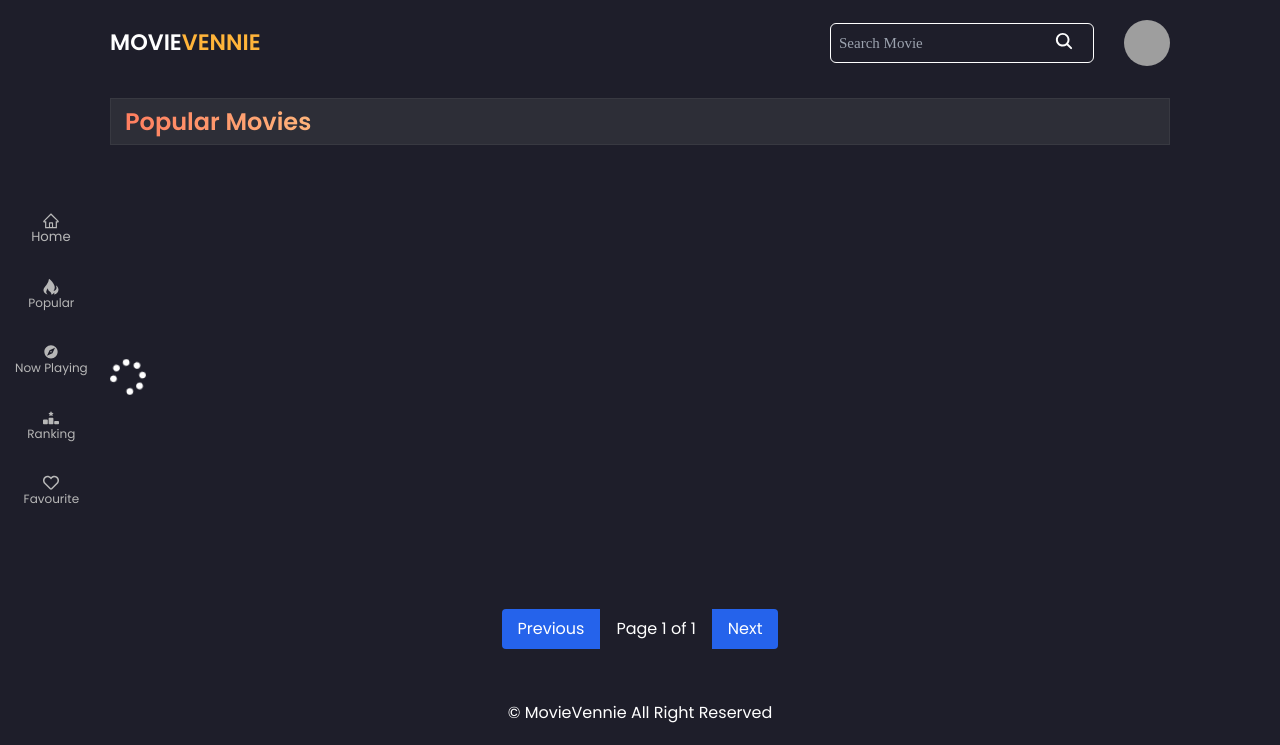
Repository: France2003/Movie
Page: /Movie/popular (app in movie-project/)
An editor plug-in stored every save of this project. The page is shown before and after a run of saves, followed by the edit.
The browser window is 1280 px wide. The pictures show the whole page.
Pictures or frames that could not be fetched are drawn as grey boxes. The project was rebuilt for these pictures with package versions that can differ from the ones it lists, and the page was loaded fresh each time. Also part of the build but not shown: movie-project/vite.config.ts, movie-project/src/MoviesList/index.tsx, movie-project/src/Pages/HomePage.tsx, movie-project/src/Component/RatingComponent/RatingComponent.tsx, movie-project/src/Pages/MoviesDetailPage.tsx, movie-project/src/Pages/NowPlayingPage.tsx, movie-project/src/Pages/NoPage.tsx, movie-project/src/Pages/FavoritesPage.tsx and 2 more.

Above is the page before, as saved 2024-08-13 11:12:09.

### movie-project/index.html
<!doctype html>
<html lang="en">
  <head>
    <meta charset="UTF-8" />
    <link rel="icon" type="image/svg+xml" href="/vite.svg" />
    <meta name="viewport" content="width=device-width, initial-scale=1.0" />
    <meta property = "og:title" content="MOVIEVENNIE"/>
    <meta property = "og:description" content="Những bộ phim hay sẽ có tại đây :3"/>
    <meta property ="og:image" content="https://movie-site-delta.vercel.app/img/home-background.png"/>
    <title>Vite + React + TS</title>
  </head>
  <body>
    <div id="root"></div>
    <script type="module" src="/src/main.tsx"></script>
  </body>
</html>

### movie-project/src/App.tsx

// import { QueryClient, QueryClientProvider } from '@tanstack/react-query'
import './App.css'
import { BrowserRouter, Route, Routes } from 'react-router-dom'
import DefaultLayout from './Layout'
import HomePage from './Pages/HomePage'
import PopularPage from './Pages/PopularPage'
import MoviesDetailPage from './Pages/MoviesDetailPage'
import NowPlayingPage from './Pages/NowPlayingPage'
import NoPage from './Pages/NoPage'
import { QueryClient, QueryClientProvider } from '@tanstack/react-query'
import FavoritesPage from './Pages/FavoritesPage'
import SearchResultsPage from './Pages/SearchResultsPage'
import RankingPage from './Pages/RankingPage'
const queryClient = new QueryClient();
function App() {

  return (
    <>
      <QueryClientProvider client={queryClient}>
        <BrowserRouter>
          <Routes>
            <Route path="/Movie" element={<DefaultLayout />}>
              <Route index element={<HomePage />} />
              <Route path="popular" element={<PopularPage />} />
              <Route path="favourite" element={<FavoritesPage />} />
              <Route path=":id" element={<MoviesDetailPage />} />
              <Route path="now_playing" element={<NowPlayingPage />} />
              <Route path="search:id" element={<SearchResultsPage />} />
              <Route path="ranking" element={<RankingPage />} />
              <Route path="*" element={<NoPage />} />
            </Route>
          </Routes>
        </BrowserRouter>
      </QueryClientProvider>
    </>
  )
}

export default App

### movie-project/src/Layout/index.tsx
import Header from "../Header";
import Footer from "../Footer";

import { Outlet } from "react-router-dom";


const DefaultLayout = () => {
    console.log("DefaultLayout");
    return (
        <div className="container mx-auto">
            <Header />
            <main>
                <Outlet />
            </main>
            <Footer />
        </div>
    );
};

export default DefaultLayout;

### movie-project/src/Pages/PopularPage.tsx
import { useState } from "react";
import { Helmet } from "react-helmet";
import MoviesListNoSwiper from "../MoviesListNoSwiper";

const PopularPage = () => {
  const [currentPage, setCurrentPage] = useState<number>(1);
  const [totalPages, setTotalPages] = useState<number>(1);

  const handlePageChange = (page: number) => {
    if (page > 0 && page <= totalPages) {
      setCurrentPage(page);
    }
  };

  return (
    <>
      <Helmet>
        <meta charSet="utf-8" />
        <title>Popular</title>
        <link rel="canonical" href="http://mysite.com/example" />
      </Helmet>
      <section className="popular container popular-route" id="popular">
        <div className="heading">
          <h2 className="heading-title text-2xl font-semibold text-gradient">Popular Movies</h2>
        </div>
        <div className="popular-content swiper flex gap-5 flex-wrap justify-between">
          <MoviesListNoSwiper url={`/popular`} page={currentPage} setTotalPages={setTotalPages} />
        </div>
        <div className="flex justify-center mt-8">
          <button
            onClick={() => handlePageChange(currentPage - 1)}
            disabled={currentPage === 1}
            className="bg-blue-600 text-white px-4 py-2 rounded-l"
          >
            Previous
          </button>
          <span className="px-4 py-2 text-white">
            Page {currentPage} of {totalPages}
          </span>
          <button
            onClick={() => handlePageChange(currentPage + 1)}
            disabled={currentPage === totalPages}
            className="bg-blue-600 text-white px-4 py-2 rounded-r"
          >
            Next
          </button>
        </div>
      </section>
    </>
  );
};

export default PopularPage;

### movie-project/src/Header/index.tsx
import { useState, useEffect, useRef } from "react";
import { Link } from "react-router-dom";
import { IoSearch, IoClose } from "react-icons/io5";
import { AiOutlineHome } from "react-icons/ai";
import { SiFireship } from "react-icons/si";
import { MdExplore } from "react-icons/md";
import { FaRegHeart } from "react-icons/fa";
import { FaRankingStar } from "react-icons/fa6";
import axios from "axios";
import NavbarItem from "../Component/NavbarItem";

const API = "https://api.themoviedb.org/3/search/movie";
const token = `eyJhbGciOiJIUzI1NiJ9.eyJhdWQiOiJiYmY0YWJjNGUzMTEyYzNhOGIyODMwMWMxYWQwMzllZSIsInN1YiI6IjY0MTI3N2Q2ZTE4ZTNmMDdkMDU1ZjY4OCIsInNjb3BlcyI6WyJhcGlfcmVhZCJdLCJ2ZXJzaW9uIjoxfQ.iw5OvKuR35yRllO8eoRWjvCQnlFmh8nieiLD9NpSDc8`;

function Header() {
    const [query, setQuery] = useState("");
    const [results, setResults] = useState<any[]>([]);
    const [loading, setLoading] = useState(false);
    const [error, setError] = useState<string | null>(null);
    const searchRef = useRef<HTMLDivElement>(null); // Reference to the search container

    useEffect(() => {
        if (query.trim()) {
            const fetchResults = async () => {
                setLoading(true);
                setError(null);
                try {
                    const response = await axios.get(API, {
                        params: { query },
                        headers: {
                            Authorization: `Bearer ${token}`
                        }
                    });
                    setResults(response.data.results);
                } catch (error: any) {
                    setError("Failed to fetch search results.");
                } finally {
                    setLoading(false);
                }
            };

            const timeoutId = setTimeout(fetchResults, 500); // Delay for debounce
            return () => clearTimeout(timeoutId); // Cleanup on unmount or query change
        } else {
            setResults([]);
        }
    }, [query]);

    useEffect(() => {
        const handleClickOutside = (event: MouseEvent) => {
            if (searchRef.current && !searchRef.current.contains(event.target as Node)) {
                setResults([]);
                setQuery(""); // Clear the query
            }
        };

        document.addEventListener("mousedown", handleClickOutside);
        return () => document.removeEventListener("mousedown", handleClickOutside);
    }, []);

    // Function to clear search query and results
    const clearSearch = () => {
        setQuery("");
        setResults([]);
    };

    return (
        <header>
            <div className="nav container w-[1060px]">
                <Link className="logo" to={`/Movie`}>MOVIE<span>VENNIE</span></Link>
                <div className="relative" ref={searchRef}>
                    <input
                        type="text"
                        id="search-input"
                        placeholder="Search Movie"
                        value={query}
                        onChange={(e) => setQuery(e.target.value)}
                        className="p-2 mr-5 pr-[50px] rounded-md"
                        style={{ border: 1, borderStyle: 'solid', borderColor: 'white' }}
                    />
                    <IoSearch className="text-xl absolute top-2 right-5 font-normal" />
                    {query && results.length > 0 && (
                        <>
                            <IoClose
                                onClick={clearSearch}
                                className="text-xl absolute top-2 right-2 cursor-pointer"
                                title="Clear search"
                            />
                            <div className="absolute z-10 w-full bg-white border border-gray-300 rounded-md mt-1">
                                <div className="max-h-[500px] overflow-y-auto p-4">
                                    <ul className="space-y-2">
                                        {results.map((movie) => (
                                            <li key={movie.id} className="p-2 border-b border-gray-300 flex items-center">
                                                <img
                                                    src={`https://image.tmdb.org/t/p/w92${movie.poster_path}`}
                                                    alt={movie.title}
                                                    className="w-12 h-16 object-cover rounded-md mr-2"
                                                    style={{ border: 1, borderStyle: 'solid', borderColor: 'black' }}
                                                />
                                                <Link to={`/movie/${movie.id}`} className="block">
                                                    <span className="text-black">{movie.title}</span>
                                                </Link>
                                            </li>
                                        ))}
                                    </ul>
                                </div>
                            </div>
                        </>
                    )}
                    {loading && (
                        <div className="absolute z-10 w-full bg-[#1e1e2a] border border-gray-300 rounded-md mt-1 p-2">
                            Loading...
                        </div>
                    )}
                    {error && (
                        <div className="absolute z-10 w-full bg-white border border-gray-300 rounded-md mt-1 p-2 text-red-600">
                            {error}
                        </div>
                    )}
                </div>

                <a href="#" className="user ml-[30px]">
                    <img src="https://www.footballtodaylive.com/team-logo/Phil-Foden.png" alt="" className="user-img" />
                </a>

                <div className="navbar">
                    <Link to={`/Movie`}><NavbarItem type="nav-active" icon={<AiOutlineHome />} label="Home" /></Link>
                    <Link to={`/Movie/popular`}><NavbarItem icon={<SiFireship />} label="Popular" /></Link>
                    <Link to={`/Movie/now_playing`}><NavbarItem icon={<MdExplore />} label="Now Playing" /></Link>
                    <Link to={`/Movie/ranking`}><NavbarItem icon={<FaRankingStar />} label="Ranking" /></Link>
                    <Link to={`/Movie/favourite`}><NavbarItem icon={<FaRegHeart />} label="Favourite" /></Link>
                </div>
            </div>
        </header>
    );
}

export default Header;

### movie-project/src/Footer/index.tsx
const Footer = () => {
    return (
        <div className="copyright">
            <p>&#169; MovieVennie All Right Reserved</p>
        </div>
    )

    };

    export default Footer;

### movie-project/src/MoviesListNoSwiper/index.tsx
import { useEffect, useState } from "react";
import axios from "axios";
import { Link } from "react-router-dom";
import { FaSpinner } from "react-icons/fa";
const API = "https://api.themoviedb.org/3/movie/";
const token = `eyJhbGciOiJIUzI1NiJ9.eyJhdWQiOiJiYmY0YWJjNGUzMTEyYzNhOGIyODMwMWMxYWQwMzllZSIsInN1YiI6IjY0MTI3N2Q2ZTE4ZTNmMDdkMDU1ZjY4OCIsInNjb3BlcyI6WyJhcGlfcmVhZCJdLCJ2ZXJzaW9uIjoxfQ.iw5OvKuR35yRllO8eoRWjvCQnlFmh8nieiLD9NpSDc8`;

interface MoviesListNoSwiperProps {
  url: string;
  page: number;
  setTotalPages: (totalPages: number) => void;
}

const MoviesListNoSwiper = ({ url, page, setTotalPages }: MoviesListNoSwiperProps) => {
  const [movies, setMovies] = useState<any[]>([]);
  const [loading, setLoading] = useState<boolean>(true);
  const [error, setError] = useState<string | null>(null);

  useEffect(() => {
    const fetchMovies = async () => {
      setLoading(true);
      await new Promise((resolve) => setTimeout(resolve, 200000));
      try {
        const response = await axios.get(`${API}${url}`, {
          headers: {
            Authorization: `Bearer ${token}`,
          },
          params: {
            page,
          },
        });
        setMovies(response.data.results);
        setTotalPages(response.data.total_pages);
      } catch (err) {
        setError("Failed to fetch movies.");
      } finally {
        setLoading(false);
      }
    };

    fetchMovies();
  }, [url, page]);

  if (loading) {
    return (
      <div className="flex justify-center text-center items-center h-[400px]">
        <FaSpinner className="animate-spin te text-white text-4xl" />
      </div>
    );
  }
  if (error) return <p className="text-center text-red-600">{error}</p>;

  return (
    <div className="grid grid-cols-1 sm:grid-cols-2 md:grid-cols-3 lg:grid-cols-4 gap-6">
      {movies.map((movie) => (
        <div key={movie.id} className="bg-[#1e1e2a] rounded-lg shadow-md p-4 hover:shadow-lg transition-shadow duration-300">
          <Link to={`/movie/${movie.id}`} className="group flex flex-col items-center">
            <span className="text-white text-xl font-bold mr-4"></span>
            <img
              src={`https://www.themoviedb.org/t/p/w220_and_h330_face${movie.poster_path}`}
              alt={movie.original_title}
              className="w-full h-auto object-cover rounded-md transition-transform duration-300 group-hover:scale-105 group-hover:rotate-1 group-hover:shadow-lg"
              style={{ border: 1, borderStyle: 'solid', borderColor: 'white' }}
            />
            <div className="mt-2">
              <h2 className="text-lg font-normal text-white group-hover:text-blue-400 transition-colors duration-300">
                {movie.original_title}
              </h2>
            </div>
          </Link>
        </div>
      ))}
    </div>
  );
};

export default MoviesListNoSwiper;

### movie-project/src/Component/NavbarItem/index.tsx
import React from "react";


type TNavbarItem = {
  label: string;
  icon?: React.ReactNode;
  type?: string;
};

const NavbarItem = ({ label, icon, type = "" }: TNavbarItem) => {
  return (
    <button className="nav-link">
        <div className={`text-xm ${type}`}>{icon}</div>
        <div className={`nav-link-tittle text-xs ${type}`}>{label}</div>
    </button>
  );
};

export default NavbarItem;

Loaded but not shown: movie-project/src/main.tsx (common file); movie-project/src/index.css (common file); movie-project/tailwind.config.js (common file); movie-project/src/App.css (1199 lines, source omitted)

After the next 3 saves:
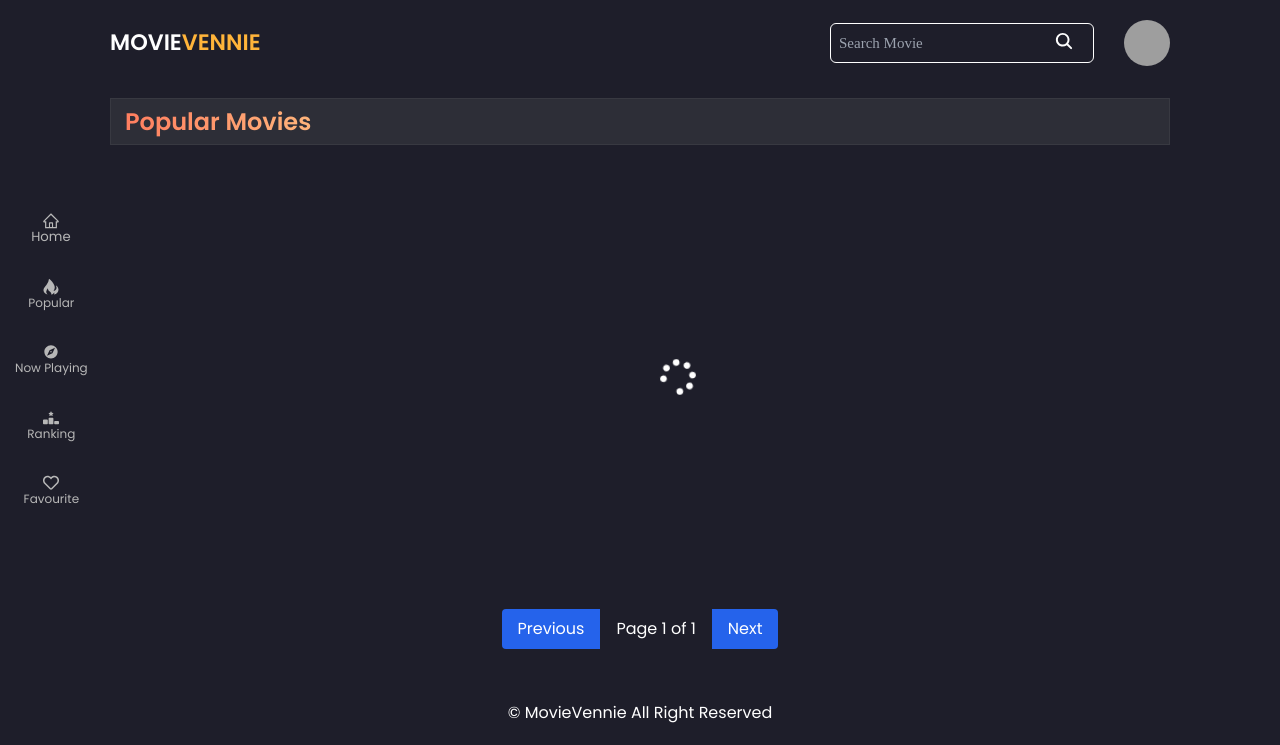
The 3 saves are shown as one change because they came seconds apart.
The last was saved 20 s later.
--- a/movie-project/src/MoviesListNoSwiper/index.tsx
+++ b/movie-project/src/MoviesListNoSwiper/index.tsx
@@ -43,8 +43,8 @@ const MoviesListNoSwiper = ({ url, page, setTotalPages }: MoviesListNoSwiperProp
 
   if (loading) {
     return (
-      <div className="flex justify-center text-center items-center h-[400px]">
-        <FaSpinner className="animate-spin te text-white text-4xl" />
+      <div className="flex justify-center ml-[550px] items-center h-[400px]">
+        <FaSpinner className="animate-spin text-white text-4xl" />
       </div>
     );
   }
